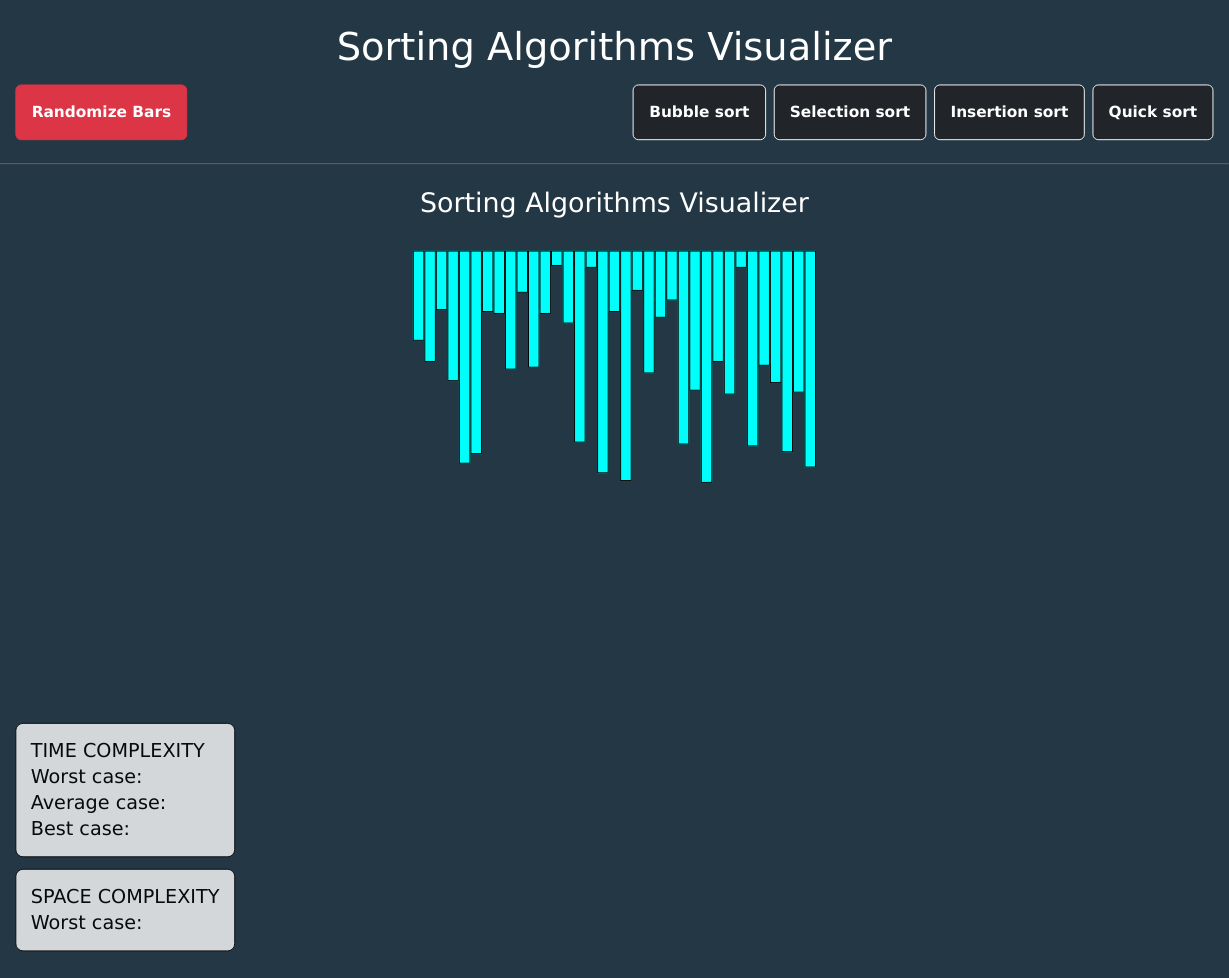
Repository: Vasil1001/Sorting-Algorithms-Visualizer-js
Page: views/index.html
An editor plug-in stored every save of this project. The page is shown before and after a run of saves, followed by the edit.
The browser window is 1280 px wide. The pictures show the whole page, at 96% of full size.

Above is the page before, as saved 2022-11-04 01:33:01.

After the next 3 saves:
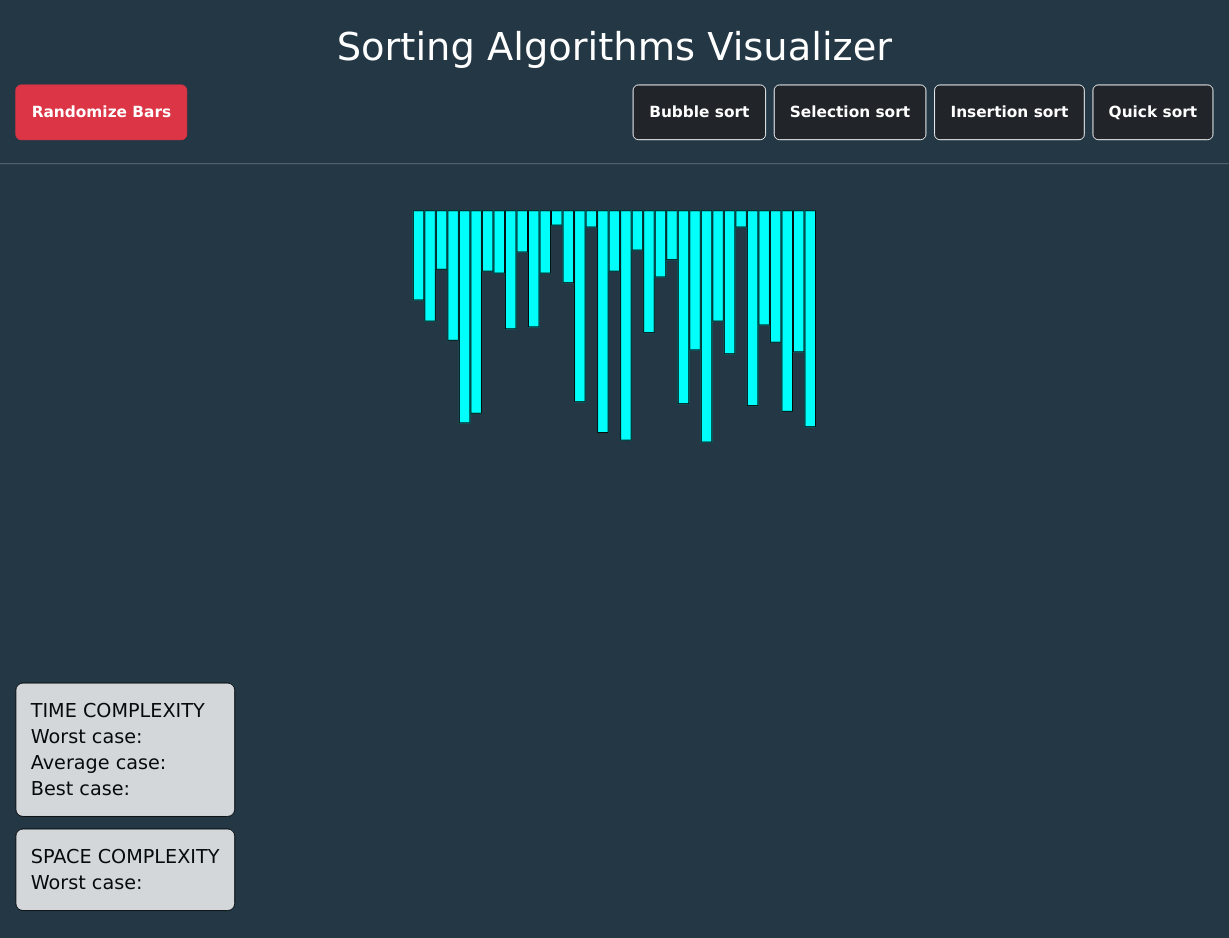
The 3 saves are shown as one change because they came seconds apart.
The last was saved 16 s later.
--- a/views/index.html
+++ b/views/index.html
@@ -47,7 +47,7 @@
   </nav>
 
   <hr style="color: white;">
-  <h3 align="center" class="mt-4">Sorting Algorithms Visualizer</h1>
+  <h3 align="center" class="mt-4" id=""></h1>
   <div id="bars" class="bars flex-container p-4"></div>
 
   <div id="boxes">
